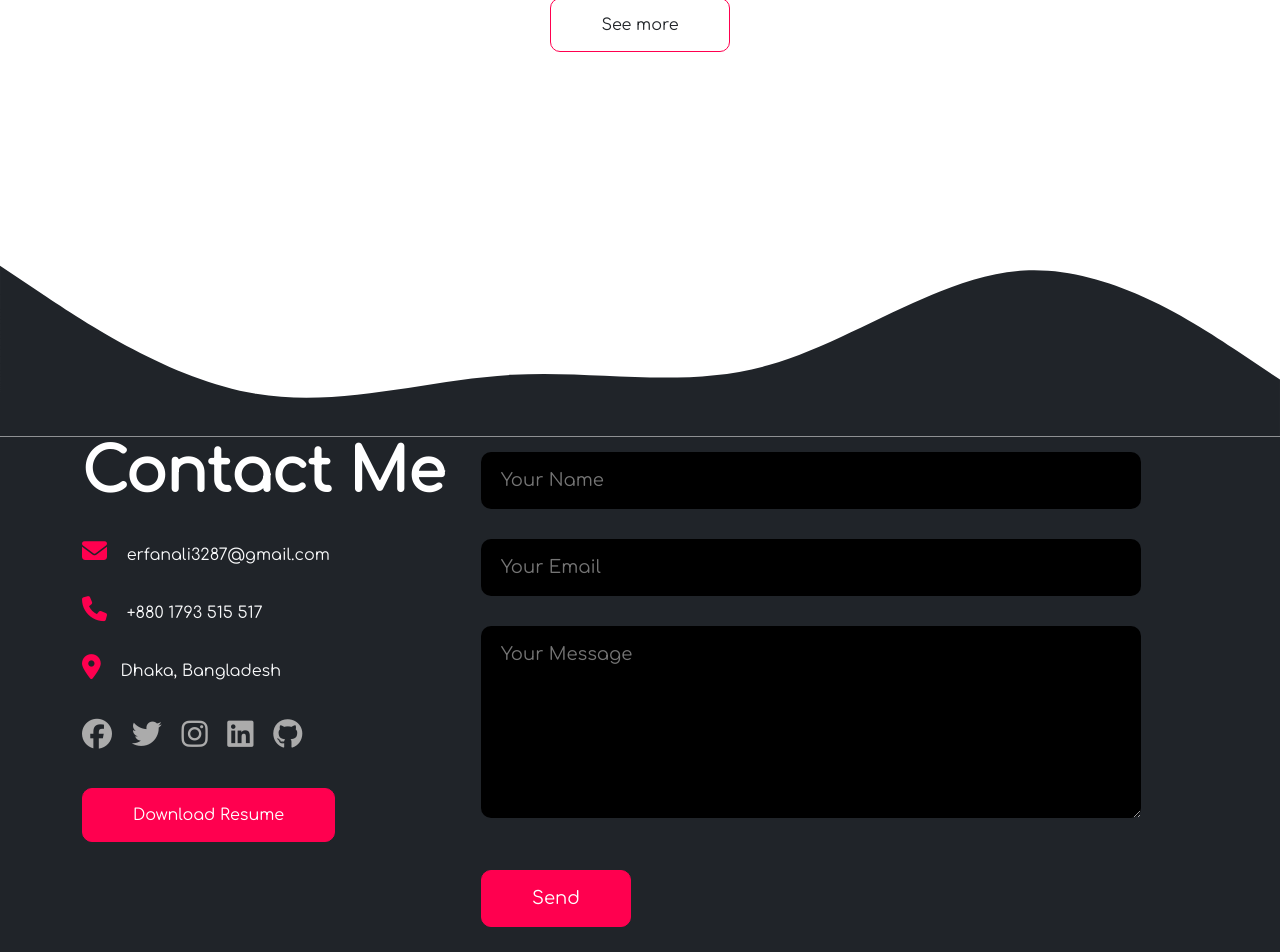
Repository: MMALI3287/Resume
Page: index.html
The author's editor kept a copy of each file at every save. The page is drawn from the files as they stood at one save, then again after the next save.
The browser window is 1280 px wide. The pictures show the part of the page from y = 5548 to 6500 px (the page is 6595 px tall).
A picture or video elsewhere on the page could not be fetched, so the positions and the page height are approximate. Some web libraries are served in a nearby version.

Above is the page before, as saved 2023-07-15 23:26:13.

After the next save:
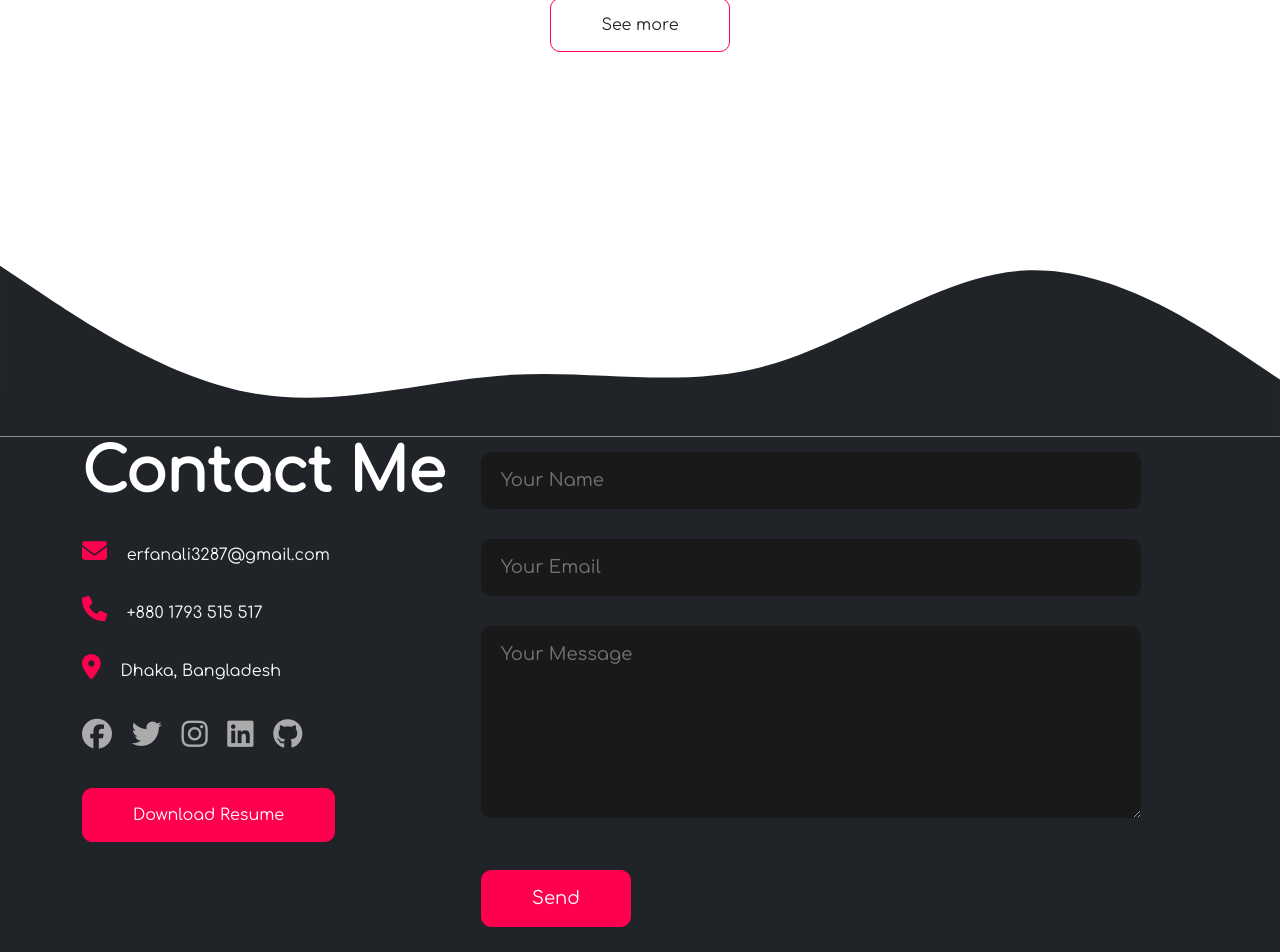
Saved 6 s later.
--- a/css/style.css
+++ b/css/style.css
@@ -436,7 +436,7 @@
   border-radius: 10px;
   font-size: 18px;
   color: #fff;
-  background: #000;
+  background: #191919;
 }
 
 form .btn2 {
